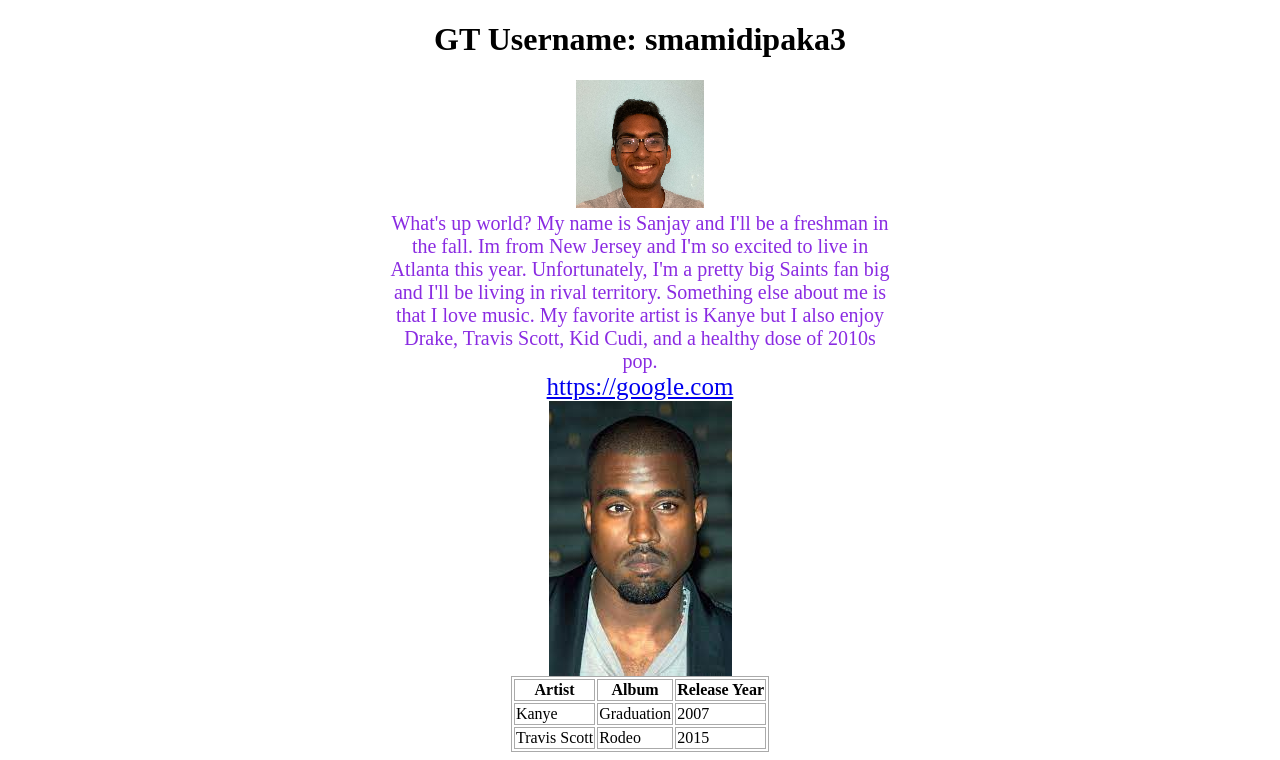
Repository: sanjayMamidipaka/cs1301
Page: lab01/index.html
The author's editor kept a copy of each file at every save. The page is drawn from the files as they stood at one save, then again after the next save.
The browser window is 1280 px wide. The pictures show the whole page.

Above is the page before, as saved 2021-07-22 16:54:32.

### lab01/index.html
<!DOCTYPE html>

<head>
    <link rel="stylesheet" href="style.css">
  </head>

  <div class = "h1">
    <h1>GT Username: smamidipaka3</h1>

    <img src="image.png" alt="My Picture">
    <p class = 'description'>
        What's up world? My name is Sanjay and I'll be a freshman in the fall. Im from New Jersey and I'm so excited to live in Atlanta this year.
        Unfortunately, I'm a pretty big Saints fan big and I'll be living in rival territory. Something else about me is that I love music. My favorite artist is Kanye but
        I also enjoy Drake, Travis Scott, Kid Cudi, and a healthy dose of 2010s pop.
    </p>

    <a class='link' href="https://google.com">https://google.com</a>

  </div>

  <a href="https://www.kanyewest.com/" >
    <img class='kanye' src="kanye.jpeg" alt="The GOAT's pic">
</a>

<table class='center'>
    <tr>
        <th>Artist</th>
        <th>Album</th>
        <th>Release Year</th>
    </tr>

    <tr>
        <td>Kanye</td>
        <td>Graduation</td>
        <td>2007</td>
    </tr>

    <tr>
        <td>Travis Scott</td>
        <td>Rodeo</td>
        <td>2015</td>
    </tr>
</table>

### lab01/style.css
.h1 {
    text-align: center
}

.description {
    width: 500px;
    text-align: center;
    margin: auto;
    color: blueviolet;
    font-size: 20px;
}

.link {
    font-size: 25px;
}

.kanye {
    display: block;
    margin-left: auto;
    margin-right: auto;
}

.center, th, td {
    border: 1px solid #aaaaaa;
    margin-left: auto;
    margin-right: auto;
}

After the next save:
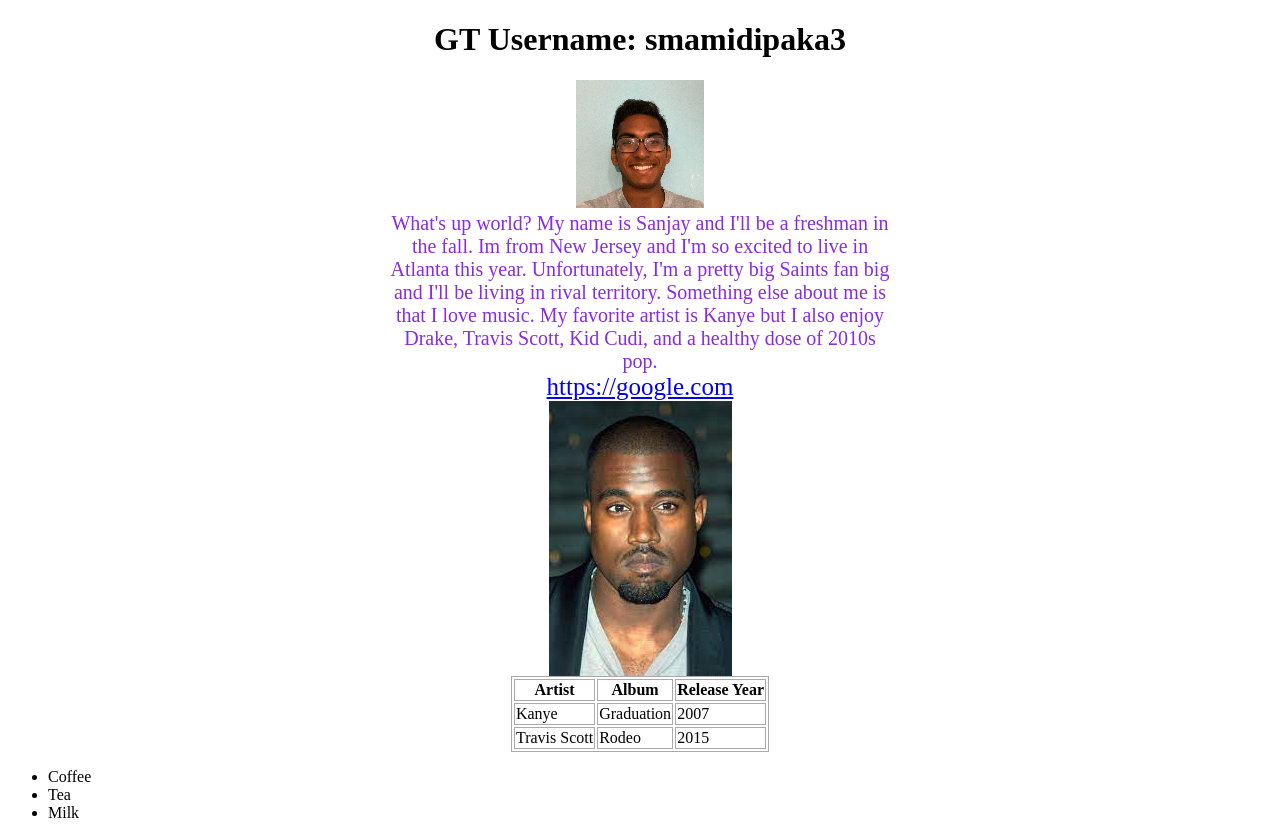
Saved 12 s later.
--- a/lab01/index.html
+++ b/lab01/index.html
@@ -41,3 +41,9 @@
         <td>2015</td>
     </tr>
 </table>
+
+<ul>
+    <li>Coffee</li>
+    <li>Tea</li>
+    <li>Milk</li>
+  </ul>
